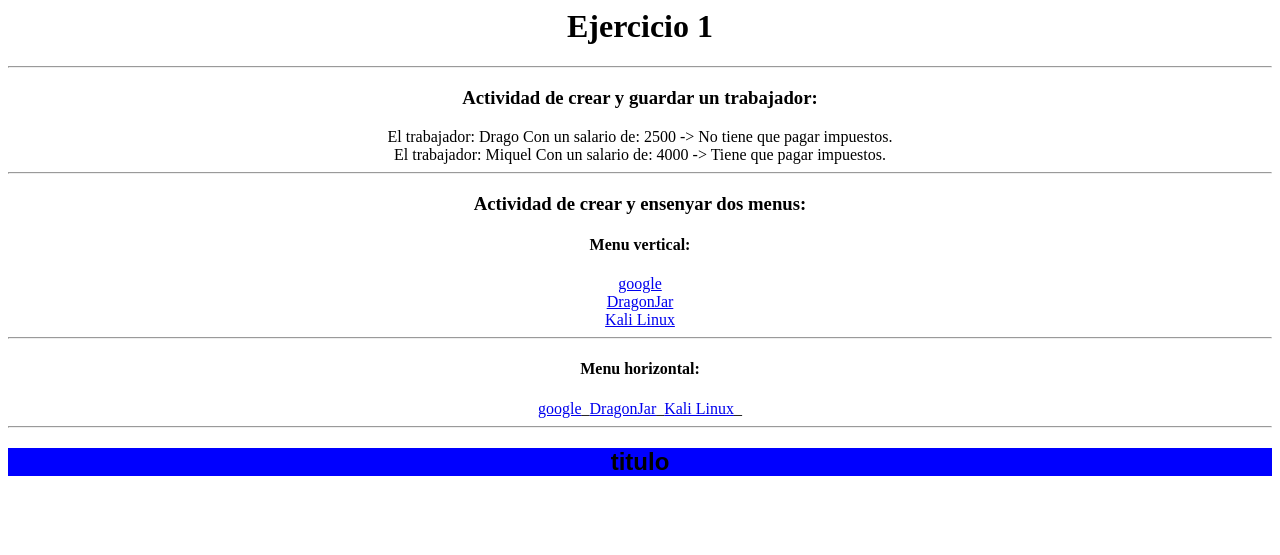
Repository: IlDragoDoro/atomClass
Page: http://localhost/ejercicio1.php
An editor plug-in stored every save of this project. The page is shown before and after the next save, followed by the edit.
The browser window is 1280 px wide. The pictures show the whole page.
The page is run by PHP 8.4 with error messages shown; the project is at /var/www/html/.

Above is the page before, as saved 2020-12-03 11:28:51.

After the next save:
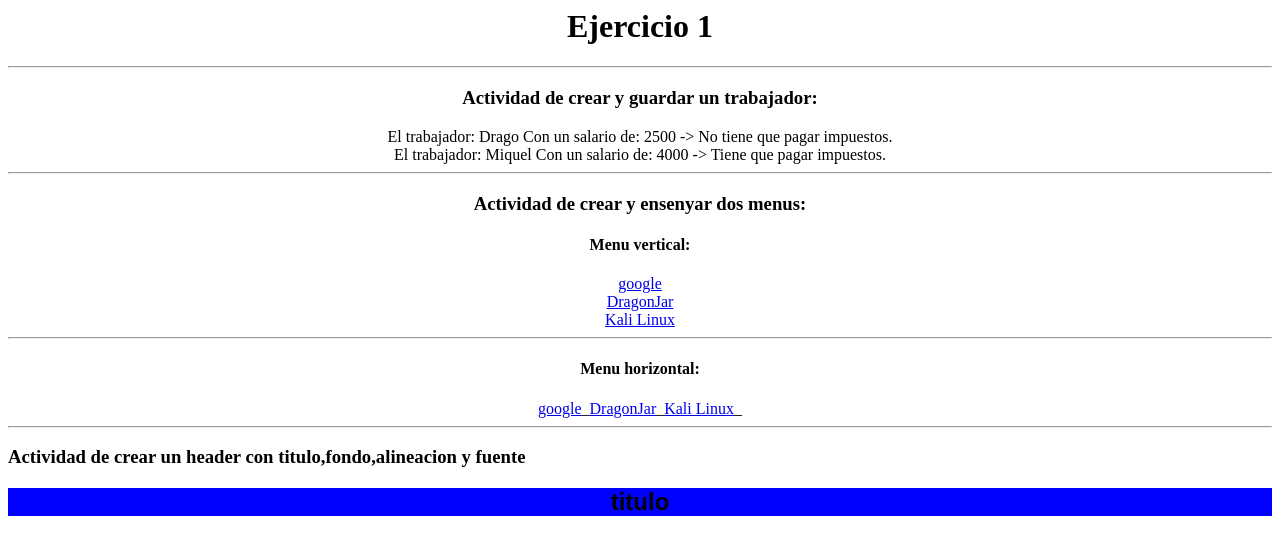
Saved 53 s later.
--- a/DWS/POO/ejercicio1.php
+++ b/DWS/POO/ejercicio1.php
@@ -102,6 +102,7 @@ class header{
     }
 }
 
+echo "<h3>Actividad de crear un header con titulo,fondo,alineacion y fuente</h3>";
 $header=new Header();
 $header->guardar("titulo","center","blue","arial");
 $header->mostrar();
